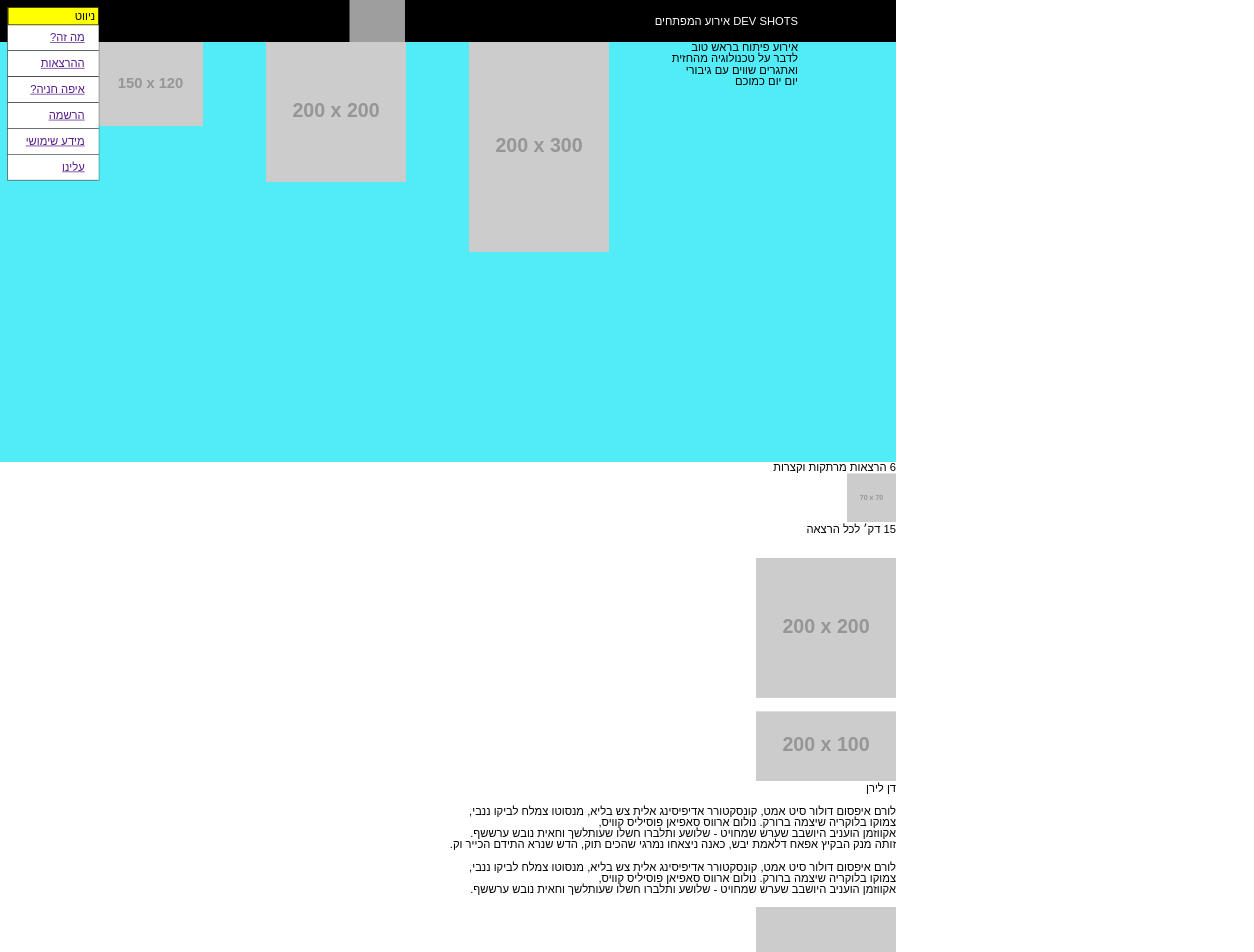
Repository: Julian-Escobar/DevShots
Page: index.html
The author's editor kept a copy of each file at every save. The page is drawn from the files as they stood at one save, then again after the next save.
The browser window is 1280 px wide. The page is 1280 px wide, then 1792 px, then 1280 px, so the pictures cover 1792 px, including what lies to the right of the window. The pictures show the part of the page from y = 0 to 1360 px (the page is 6123 px tall before and 7147 px after), at 70% of full size.
Pictures or frames that could not be fetched are drawn as grey boxes.

Above is the page before, as saved 2018-08-28 20:14:34.

After the next save:
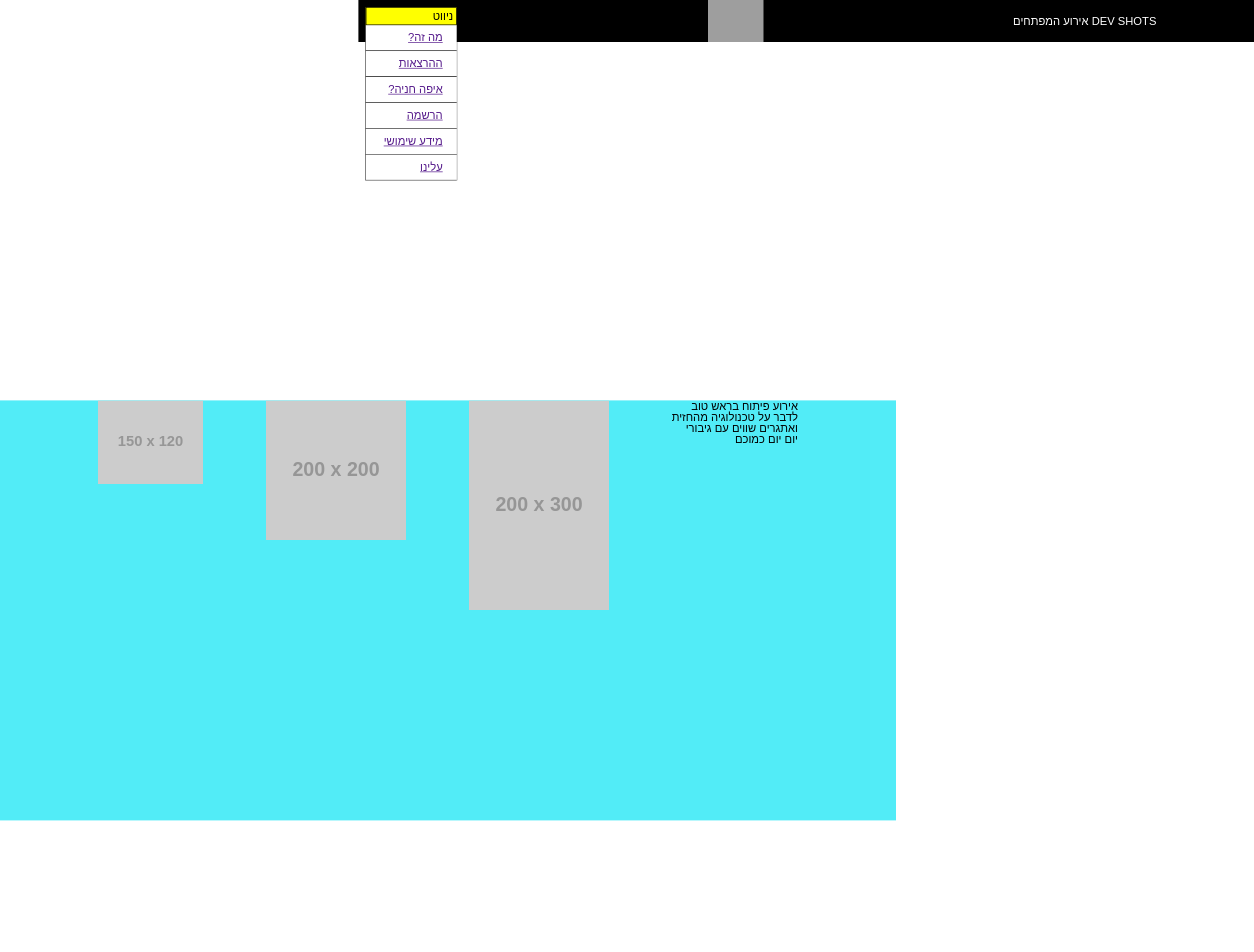
Saved 47 s later.
--- a/style.css
+++ b/style.css
@@ -142,7 +142,7 @@
     align-content: center;
     height: 600px;
     background-color: rgb(82, 236, 247);
-    margin: 0%;
+    margin: 40%;
 }
 
 .container2 {

After the save that followed:
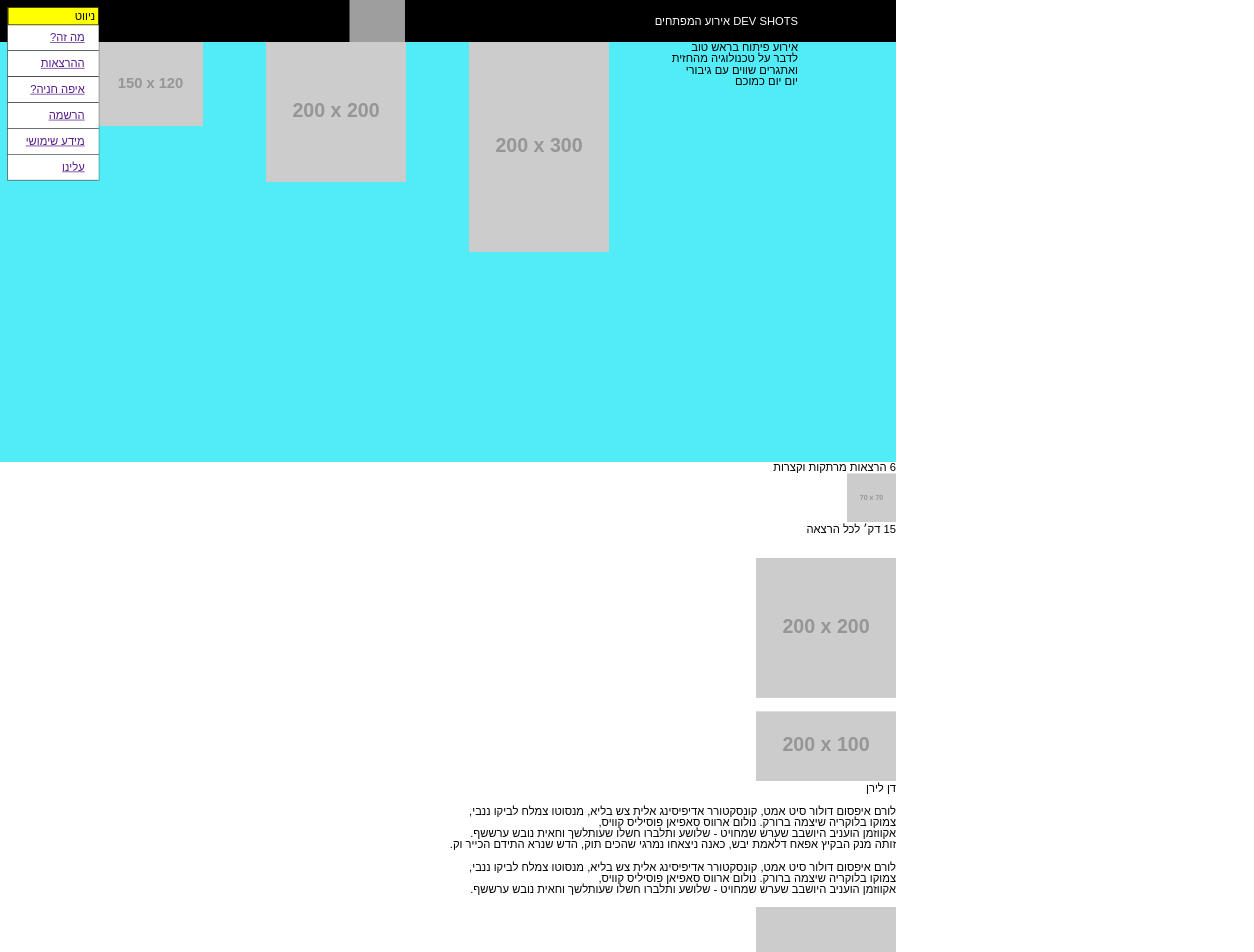
Saved 8 s later.
--- a/style.css
+++ b/style.css
@@ -142,7 +142,7 @@
     align-content: center;
     height: 600px;
     background-color: rgb(82, 236, 247);
-    margin: 40%;
+    margin: 0%;
 }
 
 .container2 {
